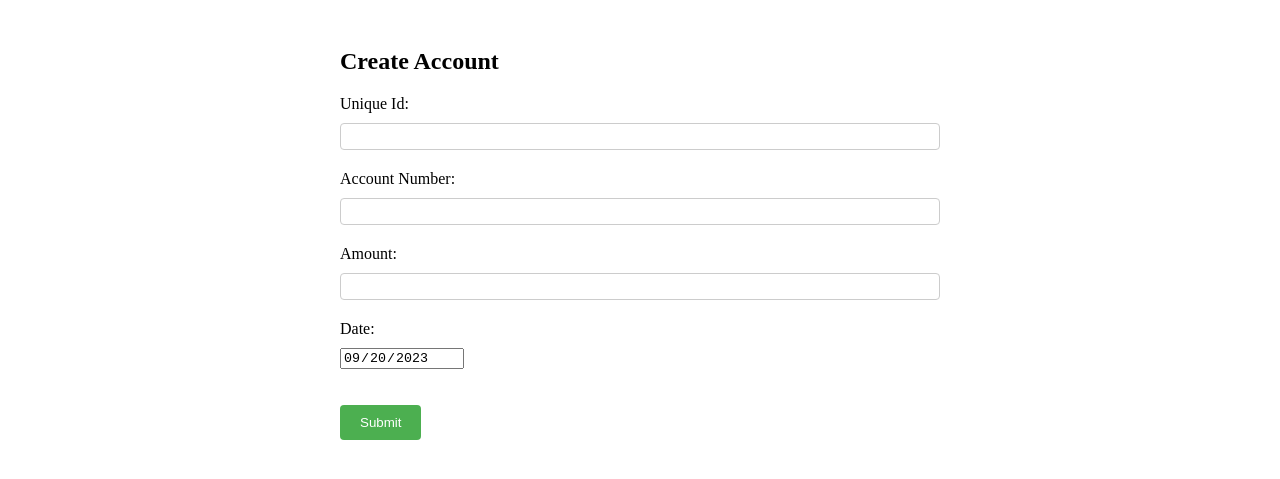
Repository: HT13M19/kuldeep
Page: GGGG/Demo2/src/main/webapp/CreateAccount.html
The author's editor kept a copy of each file at every save. The page is drawn from the files as they stood at one save, then again after the next save.
The browser window is 1280 px wide. The pictures show the whole page.

Above is the page before, as saved 2023-09-22 16:22:10.

After the next save:
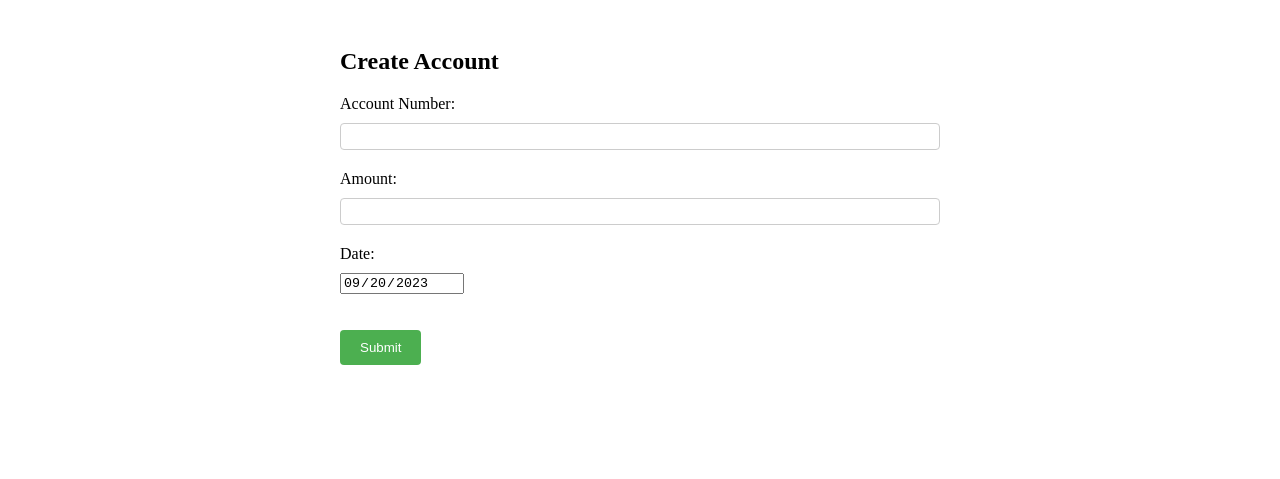
Saved 90 s later.
--- a/GGGG/Demo2/src/main/webapp/CreateAccount.html
+++ b/GGGG/Demo2/src/main/webapp/CreateAccount.html
@@ -40,9 +40,8 @@
 <body>
 	<div class="container">
 		<h2>Create Account</h2>
-		<form action="deposit" method="POST">
-			<label for="amount">Unique Id:</label>
-			<input type="number" id="UID" name="U_ID" required>
+		<form action="create" method="POST">
+
 			<label for="account_number">Account Number:</label>
 			<input type="number" id="account_number" name="account_number" maxlength="20" required>
 
